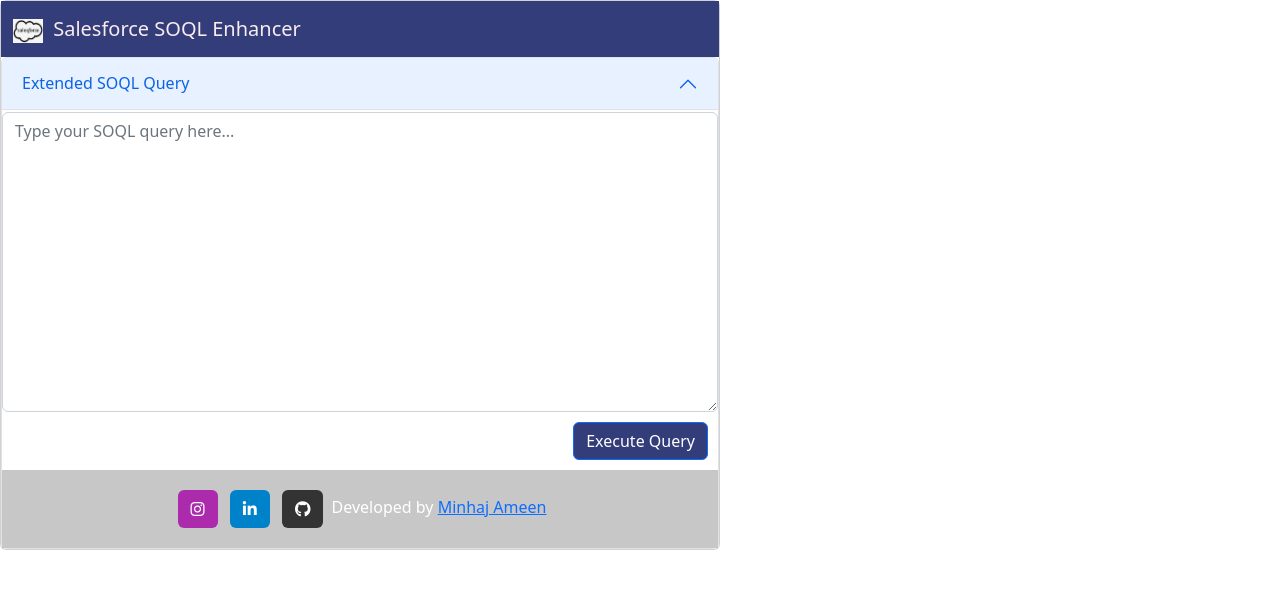
Repository: anweshpargi/salesforceExtension
Page: popup.html
An editor plug-in stored every save of this project. The page is shown before and after the next save, followed by the edit.
The browser window is 1280 px wide. The pictures show the whole page.

Above is the page before, as saved 2023-09-03 01:30:08.
Not found: js/jsforce.js

After the next save:
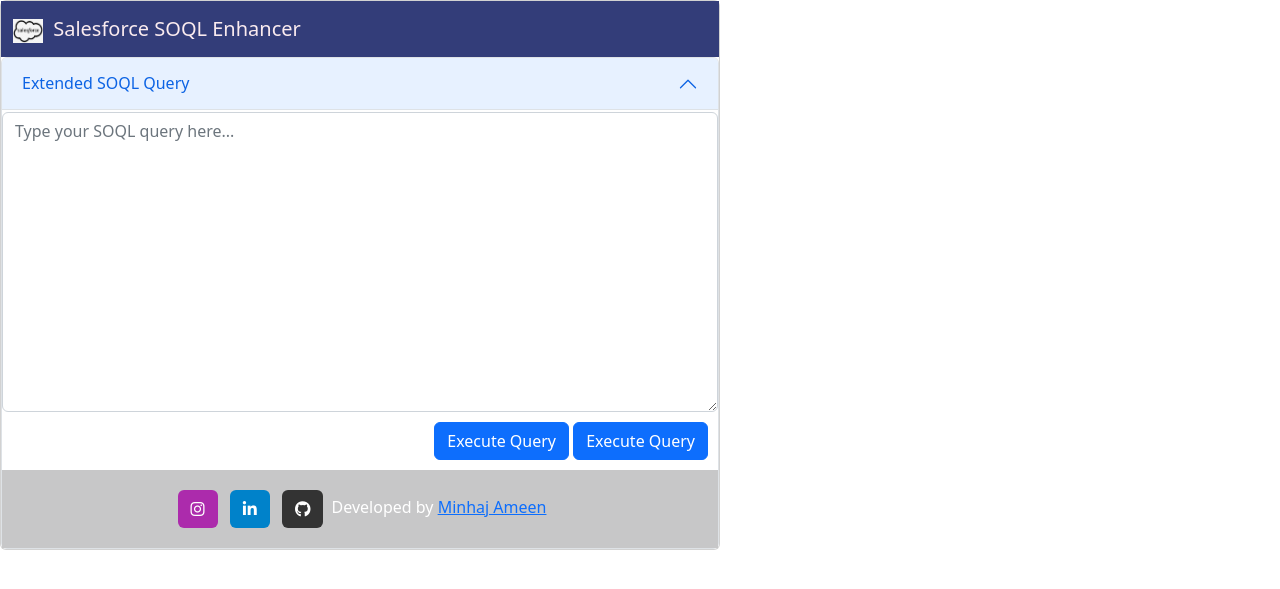
Saved 2 min 6 s later.
--- a/popup.html
+++ b/popup.html
@@ -56,7 +56,9 @@
                         <span>
                             <button class="btn btn-success"  style="display: none;" id="downloadExcel" type="">Download Excel</button>
                         </span>
-                        <button class="btn btn-primary" style="background-color: #333D79FF;"  id="getbutton" type="">Execute Query</button>
+                        <button class="btn btn-primary" style=""  id="getbutton" type="">Execute Query</button>
+
+                        <button class="btn btn-primary" style=""  id="getbutton" type="">Execute Query</button>
                     </div>
                 </div>
 
